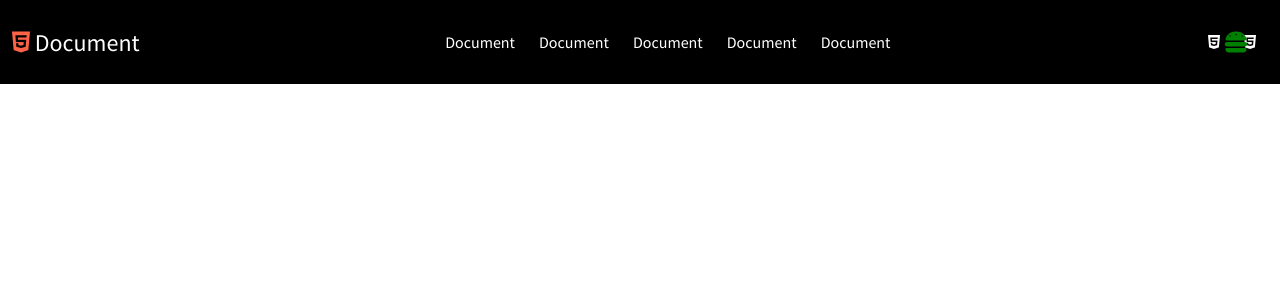
Repository: GoodHoneyCake/Dream_Coding_Academy2
Page: index.html
These files come from the project's save history. The page is drawn as it stood at one moment and after the next save; the edit follows.
The browser window is 1280 px wide. The pictures show the whole page.
Some web libraries are served in a nearby version.

Above is the page before, as saved 2021-01-07 16:41:57.

After the next save:
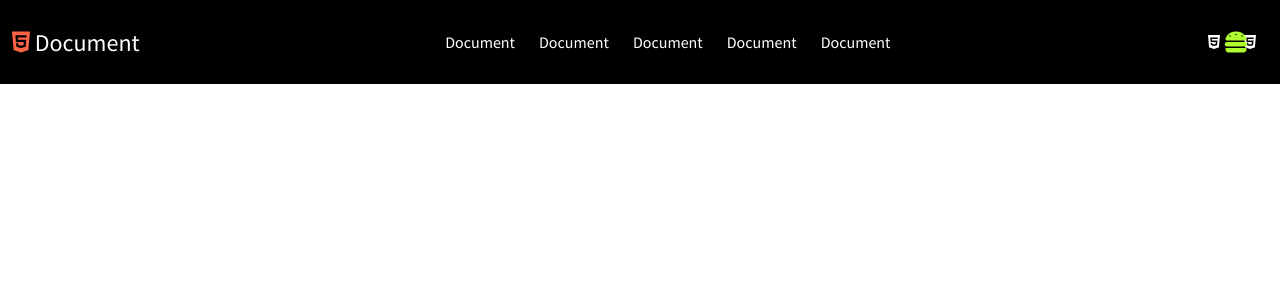
Saved 4 s later.
--- a/style.css
+++ b/style.css
@@ -55,7 +55,7 @@ a {
   position: absolute;
   right: 32px;
   font-size: 24px;
-  color: green;
+  color: greenyellow;
 }
 
 @media screen and (max-width: 768px) {
